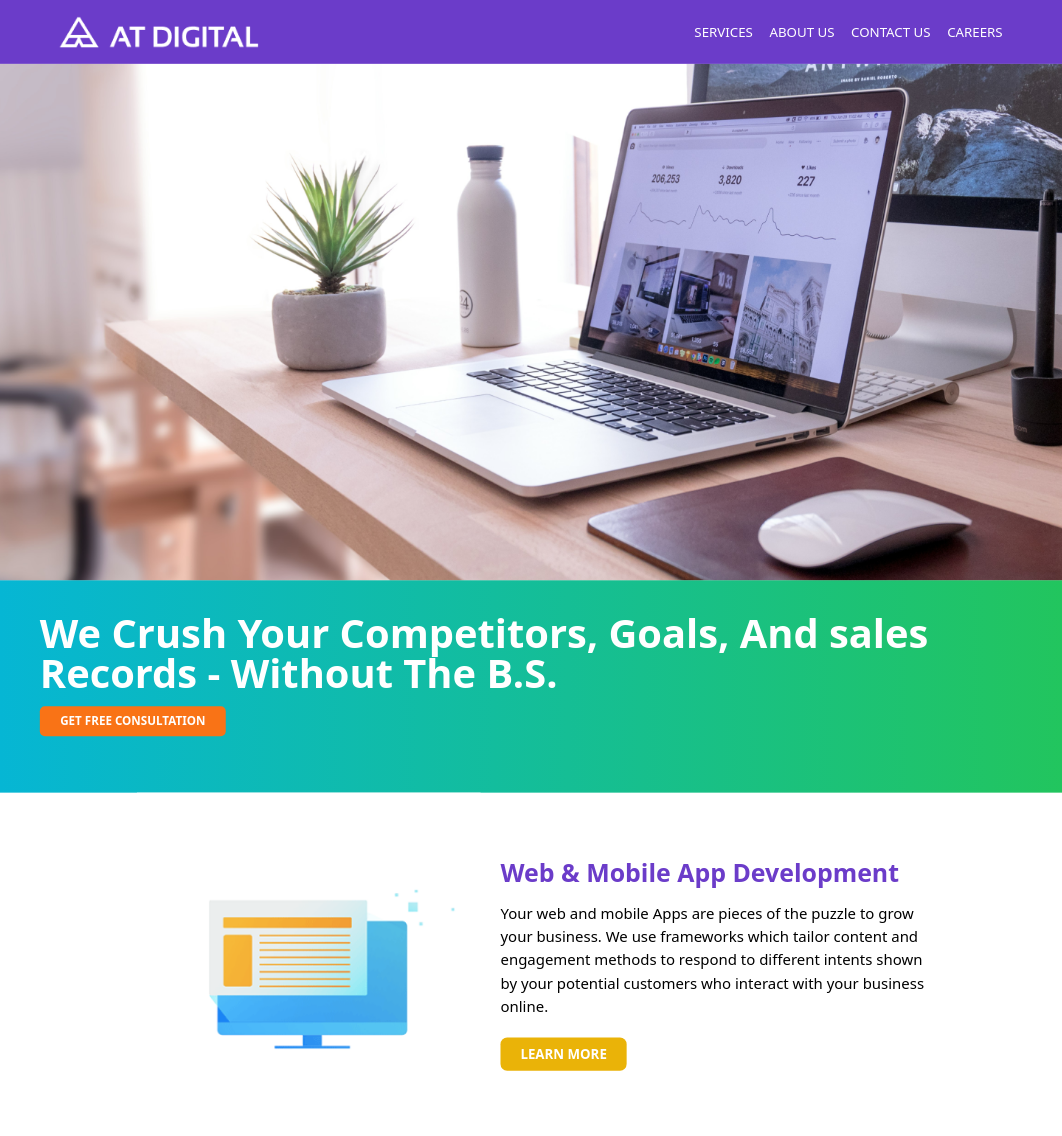
Repository: Milith97/AT-Digital-Website
Page: /
The author's editor kept a copy of each file at every save. The page is drawn from the files as they stood at one save, then again after the next save.
The browser window is 1280 px wide. The pictures show the whole page, at 83% of full size.
The project was rebuilt for these pictures with package versions that can differ from the ones it lists, and the page was loaded fresh each time. Also part of the build but not shown: vite.config.js.

Above is the page before, as saved 2024-04-06 21:55:28.

After the next save:
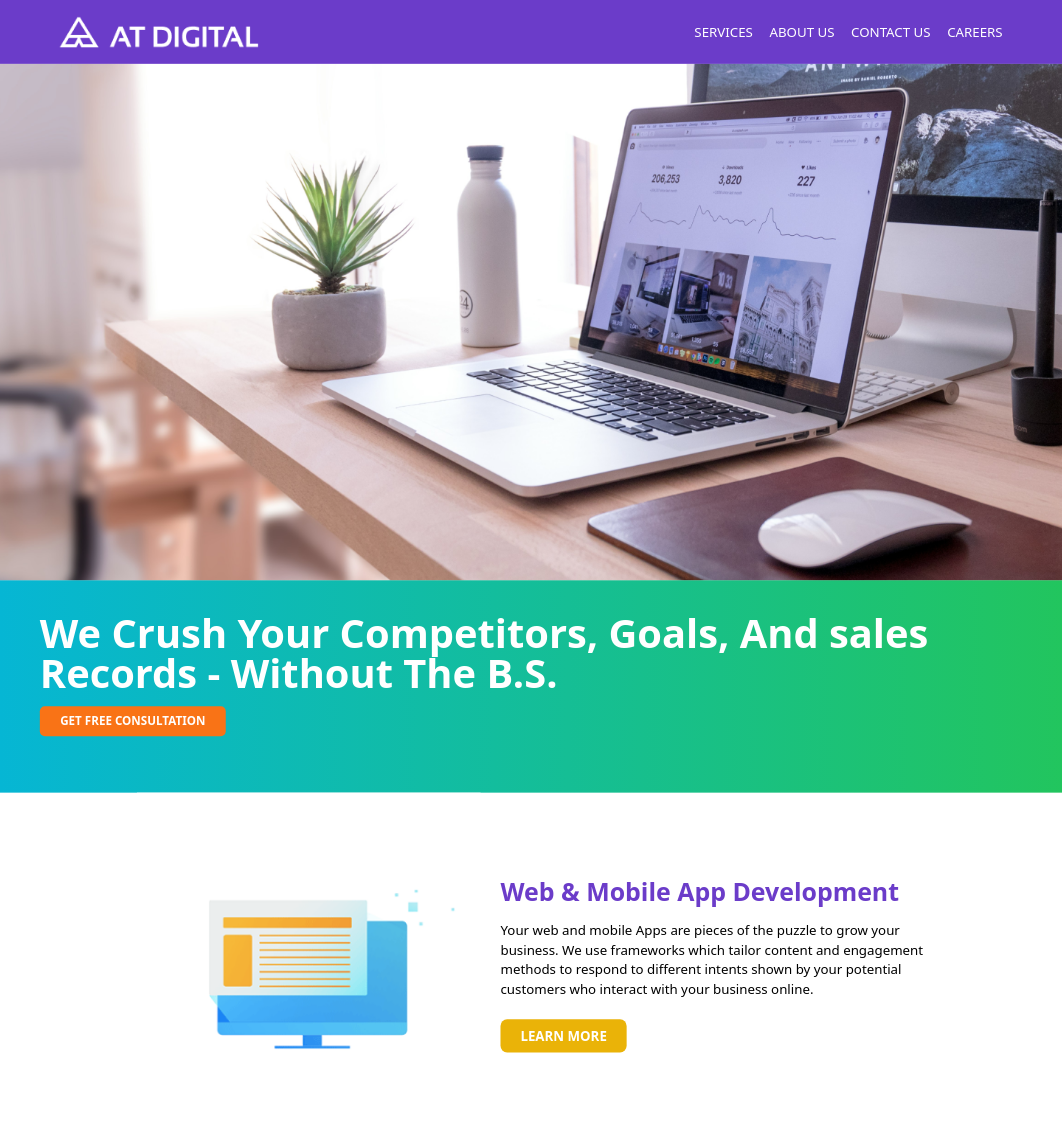
Saved 21 s later.
--- a/src/Components/Servicers.jsx
+++ b/src/Components/Servicers.jsx
@@ -10,7 +10,7 @@ const Servicers = () => {
             {/* Right Side (Content) */}
             <div className="max-w-lg">
                 <h2 className="sm:text-3xl md:text-2xl lg:text-3xl xl:text-3xl 2xl:text:4xl  font-bold mb-4 text-[#6B3CC9]">Web & Mobile App Development</h2>
-                <p className="sm:text-xl md:text-2xl lg:text-lg xl:text-lg 2xl:text-xl font-medium  mb-6 ">Your web and mobile Apps are pieces of the puzzle to grow your business. We use frameworks which tailor content and engagement methods to respond to different intents shown by your potential customers who interact with your business online.</p>
+                <p className="sm:text-xl md:text-2xl lg:text-lg xl:text-base 2xl:text-xl font-medium  mb-6 ">Your web and mobile Apps are pieces of the puzzle to grow your business. We use frameworks which tailor content and engagement methods to respond to different intents shown by your potential customers who interact with your business online.</p>
                 <button className="bg-yellow-500 text-white font-bold py-2 px-6 rounded-lg hover:bg-yellow-600 transition-colors">LEARN MORE</button>
             </div>
         </div>
